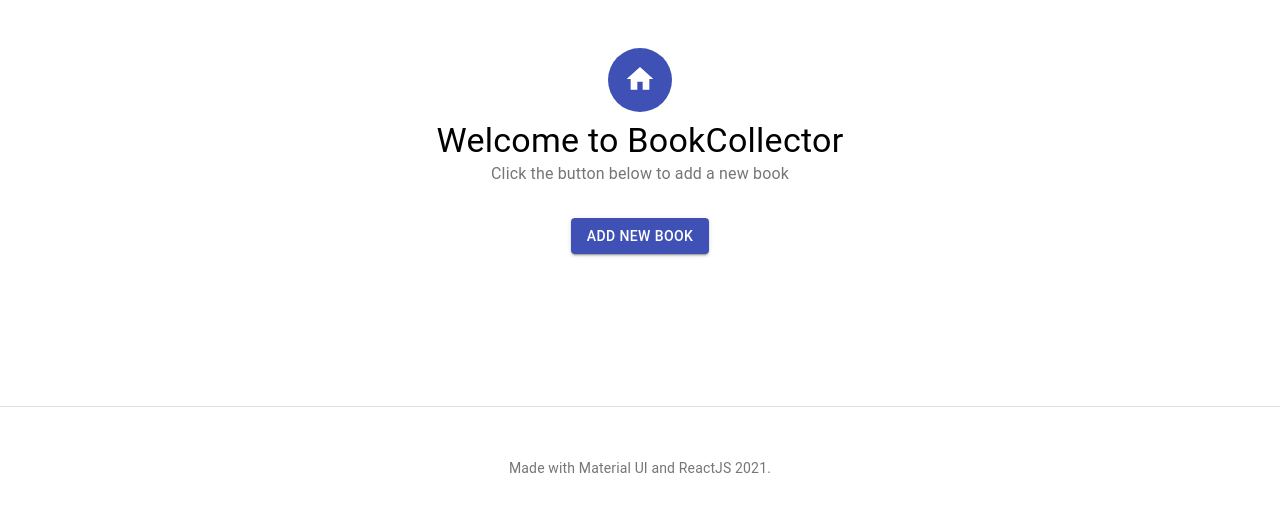
Repository: Colo-Codes/mini-project-react-book-collector
Page: /
The author's editor kept a copy of each file at every save. The page is drawn from the files as they stood at one save, then again after the next save.
The browser window is 1280 px wide. The pictures show the whole page.
The project was rebuilt for these pictures with package versions that can differ from the ones it lists, and the page was loaded fresh each time. Also part of the build but not shown: src/Books/BooksGridItem.js, src/Books/AddBookForm.js.

Above is the page before, as saved 2021-08-25 14:10:35.

After the next save:
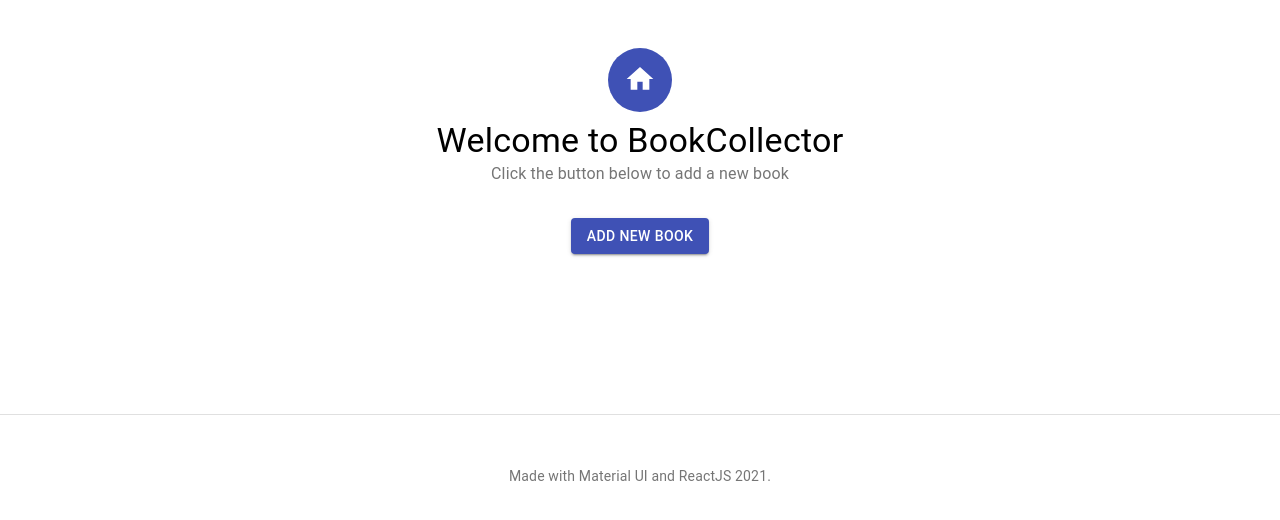
Saved 6 s later.
--- a/src/App.js
+++ b/src/App.js
@@ -22,7 +22,7 @@ const useStyles = makeStyles(theme => ({
   },
   button: {
     marginTop: theme.spacing(4),
-    marginBottom: theme.spacing(19),
+    marginBottom: theme.spacing(20),
 
   },
   footer: {
